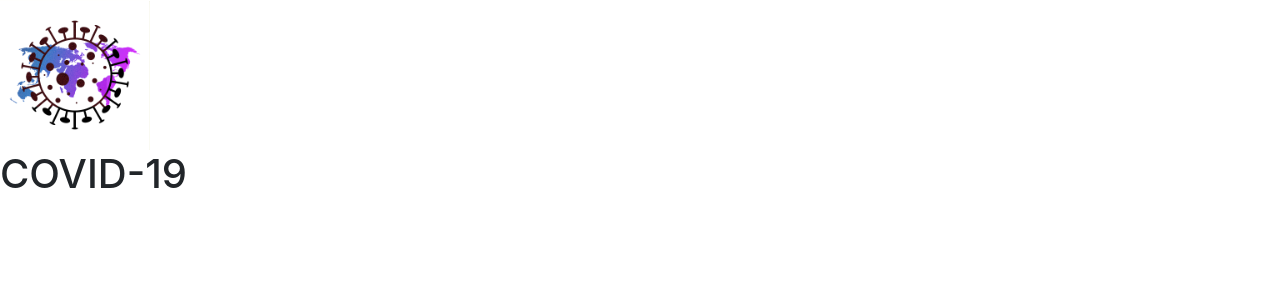
Repository: AndreyRi13/1erparcial1151804
Page: index.html
The author's editor kept a copy of each file at every save. The page is drawn from the files as they stood at one save, then again after a run of saves.
The browser window is 1280 px wide. The pictures show the whole page.

Above is the page before, as saved 2020-10-06 06:15:32.
Console error (its wording comes from the project's code and is left out).

After the next 2 saves:
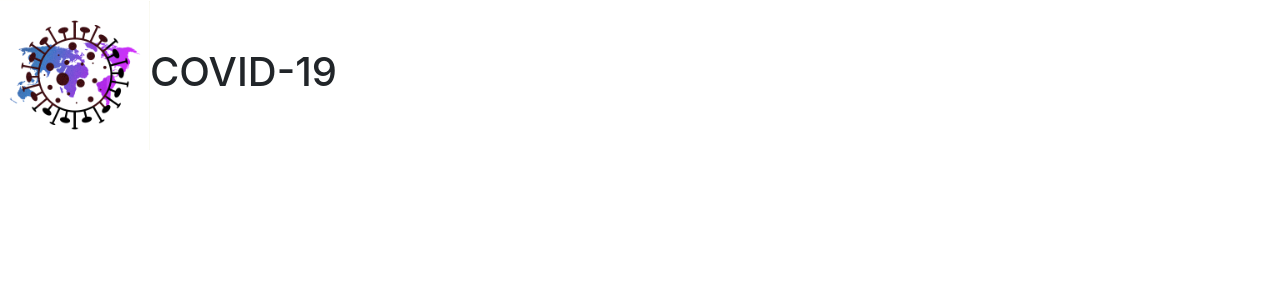
The 2 saves are shown as one change because they came seconds apart.
The last was saved 15 s later.
--- a/index.html
+++ b/index.html
@@ -9,8 +9,8 @@
 </head>
 
 <header>
-<img src="/img/hiclipart.com.png" alt="logo" width="150" height="150">
-<H1>COVID-19</H1>
+
+<H1><img src="/img/hiclipart.com.png" alt="logo" width="150" height="150">COVID-19</H1>
 
 </header>
 
